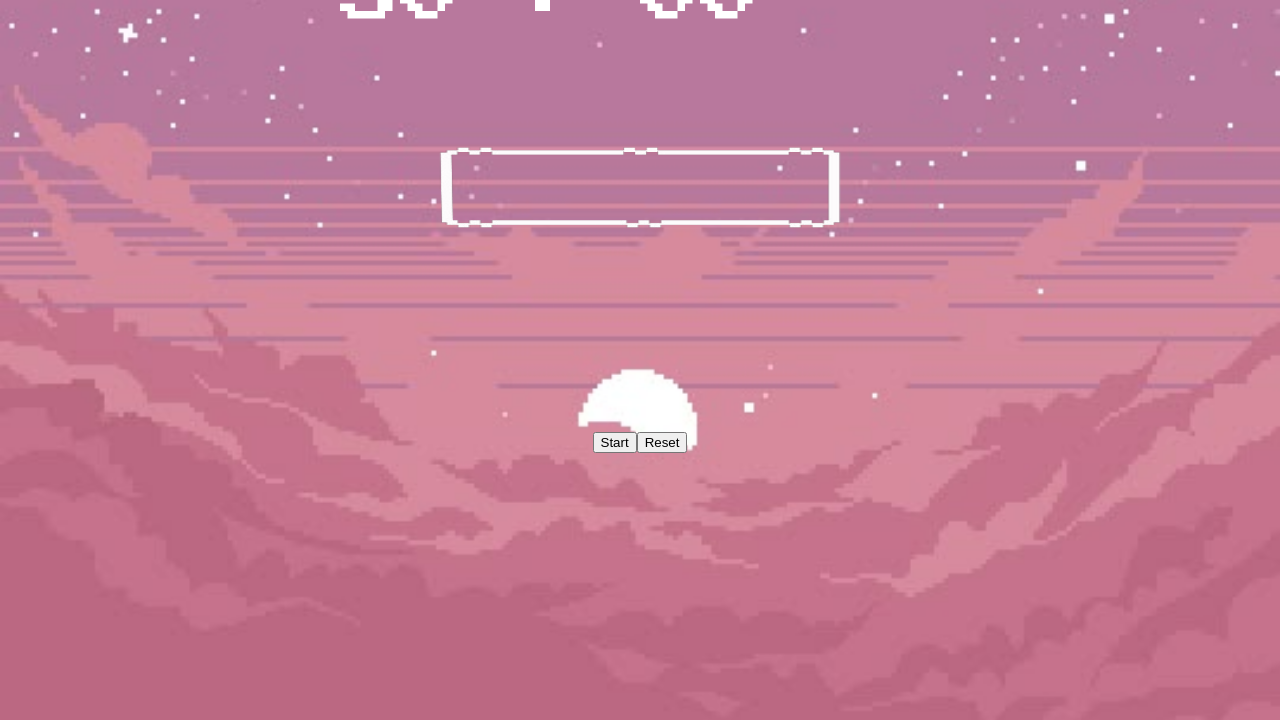
Repository: niharikapatil2306/Study-Timer
Page: index.html
An editor plug-in stored every save of this project. The page is shown before and after the next save, followed by the edit.
The browser window is 1280 px wide. The pictures show the whole page.

Above is the page before, as saved 2025-02-15 17:41:19.

### index.html
<!DOCTYPE html>
<html lang="en">
<head>
    <meta charset="UTF-8">
    <meta name="viewport" content="width=device-width, initial-scale=1.0">
    <title>Study Timer</title>
    <link href="https://fonts.googleapis.com/css2?family=Press+Start+2P&display=swap" rel="stylesheet">
    <link rel="stylesheet" href="style.css" />
</head>
<body style="background-color: black;">
    <div class="container">
        <div class="timer">
            <div class="box">
                <span id="min">
                    50
                </span>
                :
                <span id="sec">
                    00
                </span>
            </div>
        </div>
        <div class="button_container">
            <button id="start">
                Start
            </button>
            <button id="reset">
                Reset
            </button>
        </div>
    </div>
    <script src="./clock.js"></script>
</body>
</html>

### style.css
body {
    margin: 0;
    padding: 0;
    background: url("./img/bg.jpeg") no-repeat center center fixed;
    background-size: cover;
}

.container{
    height: 100vh;
}

.box{
    width: 600px;   /* same as your border image width */
    height: 500px;  /* same as your border image height */
    background: url('./img/border1.png') no-repeat center center;
    background-size: 600px 200px;
}

.timer{
    font-family: 'Press Start 2P', monospace;
    height: 60vh;
    font-size: 60px;
    font-weight: 400;
    color: white;
    display: flex;
    align-items: center;
    justify-content: center;
}

.button_container{
    display: flex;
    align-items: center;
    justify-content: center;
}

/* .timer {

    font-size: 50px;
    color: ivory;
    text-rendering: optimizeSpeed;
}

.box{
    width: max-content ;
    border: 1px solid white;
}

span{
    padding: 4px;
    margin: 8px;
}

.container{
    text-align: center;
    width: 100vw;
    height: 100vh;
    display: flex;
    position: relative; */
    /* flex-direction: column;
    justify-content: center;

} */

### clock.js
let timer;
let timeLeft = 50*60 // 50 minutes
const min = document.getElementById("min");
const sec = document.getElementById("sec");
const startBtn = document.getElementById("start");
const resetBtn = document.getElementById("reset");

function updateDisplay(){
    let minutes = Math.floor(timeLeft/60);
    let seconds = timeLeft%60;
    min.textContent = minutes.toString().padStart(2, "0");
    sec.textContent = seconds.toString().padStart(2, "0");
}

startBtn.addEventListener("click", () => {
    if(!timer){
        timer = setInterval(() => {
            if(timeLeft>0){
                timeLeft--;
                updateDisplay();
            }
            else{
                clearInterval(timer);
                timer = null;
                alert("Take a break!!")
            }
        }, 1000);
    }
});

resetBtn.addEventListener("click", () => {
    clearInterval(timer);
    timer = null;
    timeLeft = 50*60;
    updateDisplay();
});

After the next save:
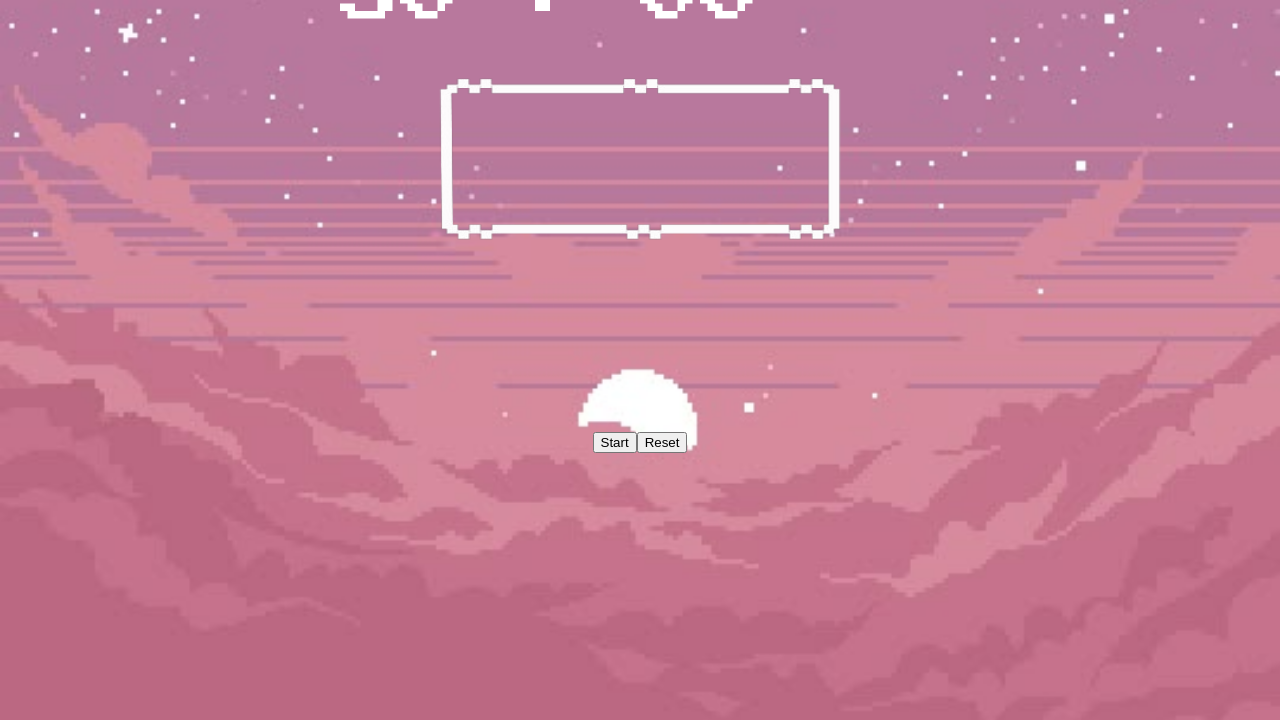
Saved 5 s later.
--- a/style.css
+++ b/style.css
@@ -13,7 +13,7 @@ body {
     width: 600px;   /* same as your border image width */
     height: 500px;  /* same as your border image height */
     background: url('./img/border1.png') no-repeat center center;
-    background-size: 600px 200px;
+    background-size: 600px 400px;
 }
 
 .timer{
